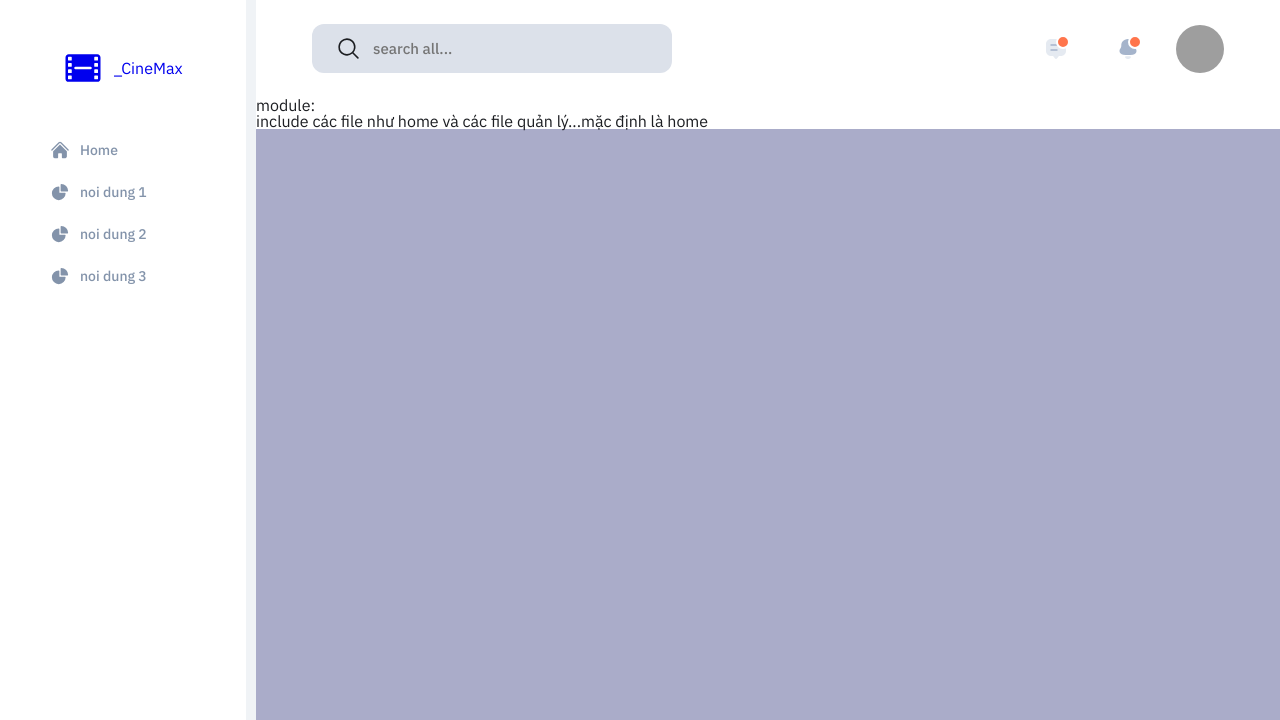
Repository: tdthinhtran961/DoAnCineMax
Page: http://localhost/admin/index.php
An editor plug-in stored every save of this project. The page is shown before and after the next save, followed by the edit.
The browser window is 1280 px wide. The pictures show the whole page.
Pictures or frames that could not be fetched are drawn as grey boxes. The page is run by PHP 8.4 with error messages shown; the project is at /var/www/html/.

Above is the page before, as saved 2023-05-25 23:51:38.

### admin/index.php
<!DOCTYPE html>
<html lang="en">
<head>
    <meta charset="UTF-8">
    <meta http-equiv="X-UA-Compatible" content="IE=edge">
    <meta name="viewport" content="width=device-width, initial-scale=1.0">
    <title>Admin CineMax</title>

    <link rel="stylesheet" href="./index.css">

    <link rel="preconnect" href="https://fonts.googleapis.com">
    <link rel="preconnect" href="https://fonts.gstatic.com" crossorigin>
    <link href="https://fonts.googleapis.com/css2?family=IBM+Plex+Sans:wght@400;500;600;700&display=swap" rel="stylesheet">
</head>
<body>
    <div class="wrapper">
        <?php include "./view/layout/sidebar.php" ?>
        <main class="main">
            <?php include "./view/layout/topbar.php" ?>
            <div class="main-container">
                <h1>module:</h1>
                include các file như home và các file quản lý...mặc định là home
            </div>
        </main>
    </div>
</body>
</html>

### admin/view/layout/sidebar.php
<aside class="sidebar">
    <a href="#" class="logo">
        <svg xmlns="http://www.w3.org/2000/svg" viewBox="0 0 24 24" fill="currentColor" class="w-6 h-6 logo-icon">
            <path fill-rule="evenodd" d="M1.5 5.625c0-1.036.84-1.875 1.875-1.875h17.25c1.035 0 1.875.84 1.875 1.875v12.75c0 1.035-.84 1.875-1.875 1.875H3.375A1.875 1.875 0 011.5 18.375V5.625zm1.5 0v1.5c0 .207.168.375.375.375h1.5a.375.375 0 00.375-.375v-1.5a.375.375 0 00-.375-.375h-1.5A.375.375 0 003 5.625zm16.125-.375a.375.375 0 00-.375.375v1.5c0 .207.168.375.375.375h1.5A.375.375 0 0021 7.125v-1.5a.375.375 0 00-.375-.375h-1.5zM21 9.375A.375.375 0 0020.625 9h-1.5a.375.375 0 00-.375.375v1.5c0 .207.168.375.375.375h1.5a.375.375 0 00.375-.375v-1.5zm0 3.75a.375.375 0 00-.375-.375h-1.5a.375.375 0 00-.375.375v1.5c0 .207.168.375.375.375h1.5a.375.375 0 00.375-.375v-1.5zm0 3.75a.375.375 0 00-.375-.375h-1.5a.375.375 0 00-.375.375v1.5c0 .207.168.375.375.375h1.5a.375.375 0 00.375-.375v-1.5zM4.875 18.75a.375.375 0 00.375-.375v-1.5a.375.375 0 00-.375-.375h-1.5a.375.375 0 00-.375.375v1.5c0 .207.168.375.375.375h1.5zM3.375 15h1.5a.375.375 0 00.375-.375v-1.5a.375.375 0 00-.375-.375h-1.5a.375.375 0 00-.375.375v1.5c0 .207.168.375.375.375zm0-3.75h1.5a.375.375 0 00.375-.375v-1.5A.375.375 0 004.875 9h-1.5A.375.375 0 003 9.375v1.5c0 .207.168.375.375.375zm4.125 0a.75.75 0 000 1.5h9a.75.75 0 000-1.5h-9z" clip-rule="evenodd" />
        </svg>
        _CineMax
    </a>
    <ul class="menu">
        <li class="menu-item">
            <a href="#" class="menu-link">
                <svg xmlns="http://www.w3.org/2000/svg" viewBox="0 0 24 24" fill="currentColor" class="w-6 h-6 menu-icon">
                    <path d="M11.47 3.84a.75.75 0 011.06 0l8.69 8.69a.75.75 0 101.06-1.06l-8.689-8.69a2.25 2.25 0 00-3.182 0l-8.69 8.69a.75.75 0 001.061 1.06l8.69-8.69z" />
                    <path d="M12 5.432l8.159 8.159c.03.03.06.058.091.086v6.198c0 1.035-.84 1.875-1.875 1.875H15a.75.75 0 01-.75-.75v-4.5a.75.75 0 00-.75-.75h-3a.75.75 0 00-.75.75V21a.75.75 0 01-.75.75H5.625a1.875 1.875 0 01-1.875-1.875v-6.198a2.29 2.29 0 00.091-.086L12 5.43z" />
                </svg>
                <span class="menu-text">Home</span>
            </a>
        </li>
        <li class="menu-item">
            <a href="#" class="menu-link">
            <svg xmlns="http://www.w3.org/2000/svg" viewBox="0 0 24 24" fill="currentColor" class="w-6 h-6 menu-icon">
                <path fill-rule="evenodd" d="M2.25 13.5a8.25 8.25 0 018.25-8.25.75.75 0 01.75.75v6.75H18a.75.75 0 01.75.75 8.25 8.25 0 01-16.5 0z" clip-rule="evenodd" />
                <path fill-rule="evenodd" d="M12.75 3a.75.75 0 01.75-.75 8.25 8.25 0 018.25 8.25.75.75 0 01-.75.75h-7.5a.75.75 0 01-.75-.75V3z" clip-rule="evenodd" />
            </svg>
                <span class="menu-text">noi dung 1</span>
            </a>
        </li>
        <li class="menu-item">
            <a href="#" class="menu-link">
                <svg xmlns="http://www.w3.org/2000/svg" viewBox="0 0 24 24" fill="currentColor" class="w-6 h-6 menu-icon">
                    <path fill-rule="evenodd" d="M2.25 13.5a8.25 8.25 0 018.25-8.25.75.75 0 01.75.75v6.75H18a.75.75 0 01.75.75 8.25 8.25 0 01-16.5 0z" clip-rule="evenodd" />
                    <path fill-rule="evenodd" d="M12.75 3a.75.75 0 01.75-.75 8.25 8.25 0 018.25 8.25.75.75 0 01-.75.75h-7.5a.75.75 0 01-.75-.75V3z" clip-rule="evenodd" />
                </svg>
                <span class="menu-text">noi dung 2</span>
            </a>
        </li>
        <li class="menu-item">
            <a href="#" class="menu-link">
            <svg xmlns="http://www.w3.org/2000/svg" viewBox="0 0 24 24" fill="currentColor" class="w-6 h-6 menu-icon">
                <path fill-rule="evenodd" d="M2.25 13.5a8.25 8.25 0 018.25-8.25.75.75 0 01.75.75v6.75H18a.75.75 0 01.75.75 8.25 8.25 0 01-16.5 0z" clip-rule="evenodd" />
                <path fill-rule="evenodd" d="M12.75 3a.75.75 0 01.75-.75 8.25 8.25 0 018.25 8.25.75.75 0 01-.75.75h-7.5a.75.75 0 01-.75-.75V3z" clip-rule="evenodd" />
            </svg>
                <span class="menu-text">noi dung 3</span>
            </a>
        </li>
    </ul>
</aside>

### admin/view/layout/topbar.php
<div class="topbar">
    <div class="search">
        <svg xmlns="http://www.w3.org/2000/svg" viewBox="0 0 24 24" fill="currentColor" class="w-6 h-6 search-icon">
            <path fill-rule="evenodd" d="M10.5 3.75a6.75 6.75 0 100 13.5 6.75 6.75 0 000-13.5zM2.25 10.5a8.25 8.25 0 1114.59 5.28l4.69 4.69a.75.75 0 11-1.06 1.06l-4.69-4.69A8.25 8.25 0 012.25 10.5z" clip-rule="evenodd" />
        </svg>
        <input type="text" class="search-input" placeholder="search all...">
    </div>
    <div class="topbar-right">
        <svg class="icon-message topbar-action" width="48" height="48" viewBox="0 0 48 48" fill="none" xmlns="http://www.w3.org/2000/svg">
            <path d="M14 24.97V18.99C14 16.23 16.24 14 19 14H29C31.76 14 34 16.23 34 18.99V25.97C34 28.72 31.76 30.95 29 30.95H27.5C27.19 30.95 26.89 31.1 26.7 31.35L25.2 33.34C24.54 34.22 23.46 34.22 22.8 33.34L21.3 31.35C21.14 31.13 20.78 30.95 20.5 30.95H19C16.24 30.95 14 28.72 14 25.97V24.97Z" fill="#E5EAF1"/>
            <path d="M29 20.75H19C18.59 20.75 18.25 20.41 18.25 20C18.25 19.59 18.59 19.25 19 19.25H29C29.41 19.25 29.75 19.59 29.75 20C29.75 20.41 29.41 20.75 29 20.75Z" fill="#A5B4CB"/>
            <path d="M25 25.75H19C18.59 25.75 18.25 25.41 18.25 25C18.25 24.59 18.59 24.25 19 24.25H25C25.41 24.25 25.75 24.59 25.75 25C25.75 25.41 25.41 25.75 25 25.75Z" fill="#A5B4CB"/>
            <rect x="25" y="11" width="12" height="12" rx="6" fill="#FF754C"/>
            <rect x="25" y="11" width="12" height="12" rx="6" stroke="white" stroke-width="2"/>
        </svg>
        <svg class="icon-noti topbar-action" width="48" height="48" viewBox="0 0 48 48" fill="none" xmlns="http://www.w3.org/2000/svg">
            <path d="M31.7695 23.6453C31.039 22.7923 30.7071 22.0531 30.7071 20.7972V20.3701C30.7071 18.7335 30.3304 17.6791 29.5115 16.6246C28.2493 14.987 26.1244 14 24.0442 14H23.9558C21.9194 14 19.8611 14.9417 18.577 16.5128C17.7133 17.5884 17.2929 18.6882 17.2929 20.3701V20.7972C17.2929 22.0531 16.9828 22.7923 16.2305 23.6453C15.6769 24.2738 15.5 25.0815 15.5 25.9557C15.5 26.8309 15.7872 27.6598 16.3637 28.3336C17.116 29.1413 18.1785 29.6569 19.2638 29.7466C20.835 29.9258 22.4063 29.9933 24.0005 29.9933C25.5937 29.9933 27.165 29.8805 28.7372 29.7466C29.8215 29.6569 30.884 29.1413 31.6363 28.3336C32.2118 27.6598 32.5 26.8309 32.5 25.9557C32.5 25.0815 32.3231 24.2738 31.7695 23.6453Z" fill="#A5B4CB"/>
            <path d="M26.0087 31.2283C25.5088 31.1215 22.4626 31.1215 21.9627 31.2283C21.5353 31.327 21.0732 31.5566 21.0732 32.0602C21.098 32.5406 21.3793 32.9646 21.7689 33.2335L21.7679 33.2345C22.2718 33.6273 22.8631 33.877 23.4823 33.9667C23.8123 34.012 24.1482 34.01 24.4901 33.9667C25.1083 33.877 25.6996 33.6273 26.2035 33.2345L26.2025 33.2335C26.5921 32.9646 26.8734 32.5406 26.8982 32.0602C26.8982 31.5566 26.4361 31.327 26.0087 31.2283Z" fill="#E5EAF1"/>
            <rect x="25" y="11" width="12" height="12" rx="6" fill="#FF754C"/>
            <rect x="25" y="11" width="12" height="12" rx="6" stroke="white" stroke-width="2"/>
        </svg>
        <div class="profile">
            <img class="" src="https://images.unsplash.com/photo-1600486913747-55e5470d6f40?ixlib=rb-4.0.3&ixid=M3wxMjA3fDB8MHxzZWFyY2h8MTd8fG1hbnxlbnwwfHwwfHx8MA%3D%3D&auto=format&fit=crop&w=800&q=60" alt="">
        </div>
    </div>
</div>

### admin/index.css
/* start css reset */
*,
*:before,
*:after {
  box-sizing: border-box;
}
* {
  margin: 0;
  padding: 0;
  font: inherit;
}
img,
picture,
svg,
video {
  display: block;
  max-width: 100%;
}
input,
select,
textarea {
  background-color: transparent;
  outline: none;
}
button {
  cursor: pointer;
  background-color: transparent;
  outline: none;
  border: 0;
}
body {
  min-height: 100vh;
  font-weight: 400;
  font-size: 16px;
  line-height: 1;
}
a {
  text-decoration: none;
}
ul, ol {
  list-style-type: none;
}
/* end css reset */
body {
  font-family: "IBM Plex Sans", sans-serif;
  color: hsl(220, 10%, 12%);
  text-rendering: optimizeLegibility;
  -webkit-font-smoothing: antialiased;
  -moz-osx-font-smoothing: grayscale;
}
.wrapper {
  max-width: 1440px;
  margin: 0 auto;
  background-color: #aaacc9;
  display: grid;
  grid-template-columns: 256px minmax(0, 1fr);
  min-height: 100vh;
}

/* start sidebar */
.sidebar {
  background-color: white;
  padding: 48px 30px;
  border-right: 10px solid #F0F3F6;
}
.logo {
  display: flex;
  align-items: center;
  justify-content: center;
  gap: 10px;
  margin-bottom: 44px;
}
.logo-icon {
  width: 40px;
  height: 40px;
}
.menu {
  display: flex;
  flex-direction: column;
  gap: 6px;
}
.menu-icon {
  width: 20px;
  height: 20px;
}
.menu-link {
  display: flex;
  align-items: center;
  gap: 10px;
  color: hsl(215, 19%, 59%);
  font-size: 14px;
  line-height: 143%;
  font-weight: 500;
  padding: 8px 30px 8px 20px;
  border-radius: 12px;
}
.menu-link:hover {
  background: linear-gradient(92.29deg, #415EF4 0.33%, #7141EF 28.14%);
  color: white;
}
/* end css sidebar */
/* start css topbar */
.topbar {
  padding: 24px 56px;
  background-color: white;
  display:flex;
  justify-content: space-between;
  align-items: center;
  mb
}
.search {
  padding: 12px 24px;
  border-radius: 12px;
  display: flex;
  align-items: center;
  gap: 12px;
  background-color: hsl(217, 24%, 89%);
  flex: 0 1 360px;
}
.search-icon {
  width: 25px;
  height: 25px;
}
.search-input {
  background-color: transparent;
  border: none;
  font-weight: 500;
  font-size: 15px;
  color: hsl(248, 57%, 60%);
  caret-color: hsl(248, 57%, 60%);
  flex: 1;
}
.topbar-right {
  display: flex;
  align-items: center;
  gap: 24px;
  flex-shrink: 0;
}
.topbar-action{
  flex-shrink: 0;
}
.profile {
  width: 48px;
  height: 48px;
  flex-shrink: 0;
}
.profile img {
  border-radius: 100rem;
  width: 100%;
  height: 100%;
  object-fit: cover;
  flex-shrink: 0;
}
/* end css topbar */
/* star css main-container */
.main-container {
  background-color: white;
}

After the next save:
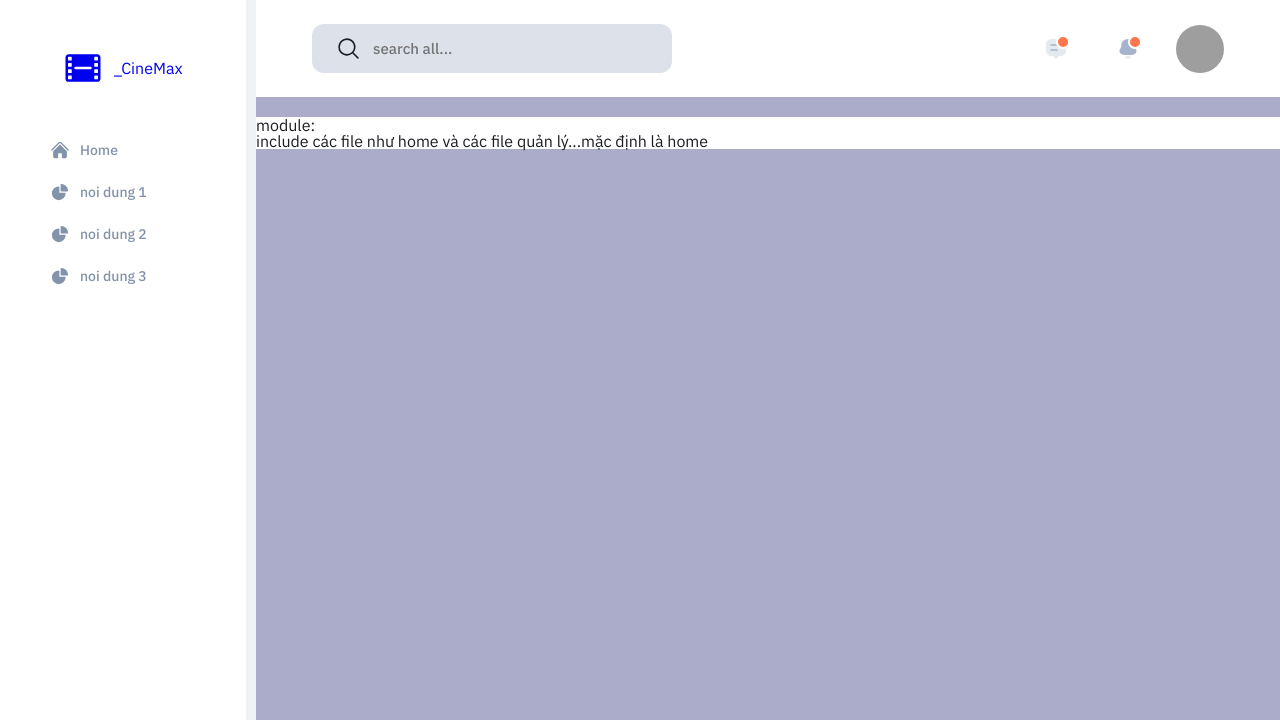
Saved 4 s later.
--- a/admin/index.css
+++ b/admin/index.css
@@ -106,7 +106,7 @@ body {
   display:flex;
   justify-content: space-between;
   align-items: center;
-  mb
+  margin-bottom: 20px;
 }
 .search {
   padding: 12px 24px;
